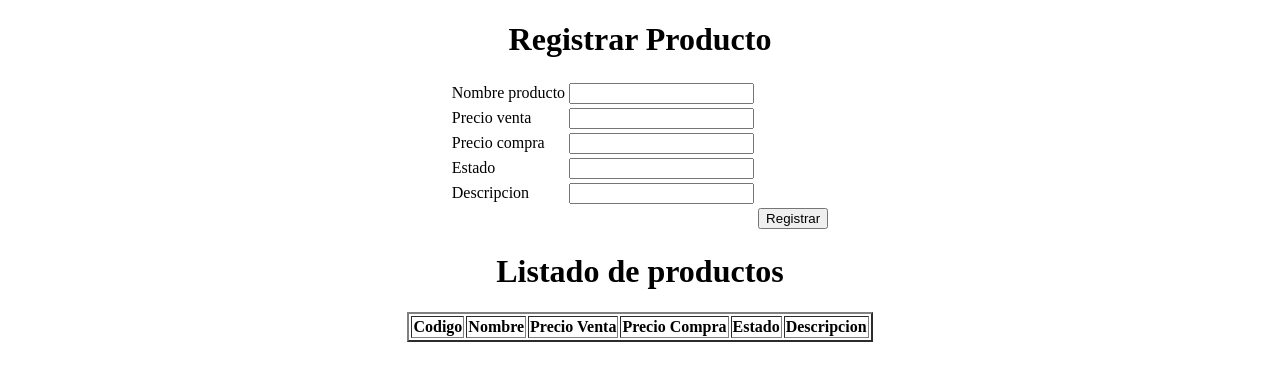
Repository: NayshaOCruz98/CL2ORTIZ
Page: http://localhost/LPII_CL2_ORTIZCRUZNAYSHA/ControladorServletprod
The author's editor kept a copy of each file at every save. The page is drawn from the files as they stood at one save, then again after the next save.
The browser window is 1280 px wide. The pictures show the whole page.
The page is served by Tomcat 9.

Above is the page before, as saved 2023-10-24 21:24:45.

After the next save:
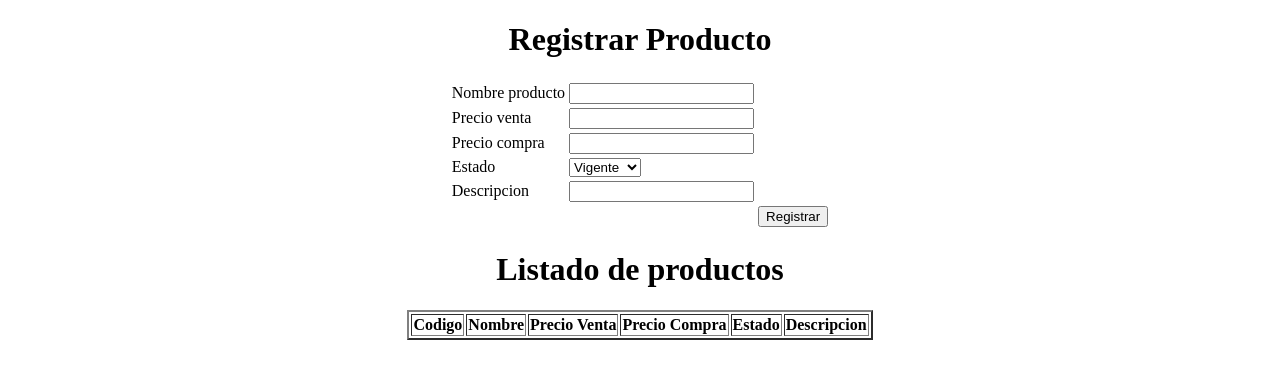
Saved 105 s later.
--- a/LPII_CL2_ORTIZCRUZNAYSHA/src/main/webapp/RegistrarProducto.jsp
+++ b/LPII_CL2_ORTIZCRUZNAYSHA/src/main/webapp/RegistrarProducto.jsp
@@ -27,7 +27,12 @@
 </tr>
 <tr>
 <td>Estado</td>
-<td><input type="text" name="estado"></td>
+<td>
+<select name="estado">
+	<option>Vigente</option>
+	<option>Agotado</option>
+</select>
+</td>
 </tr>
 <tr>
 <td>Descripcion</td>
